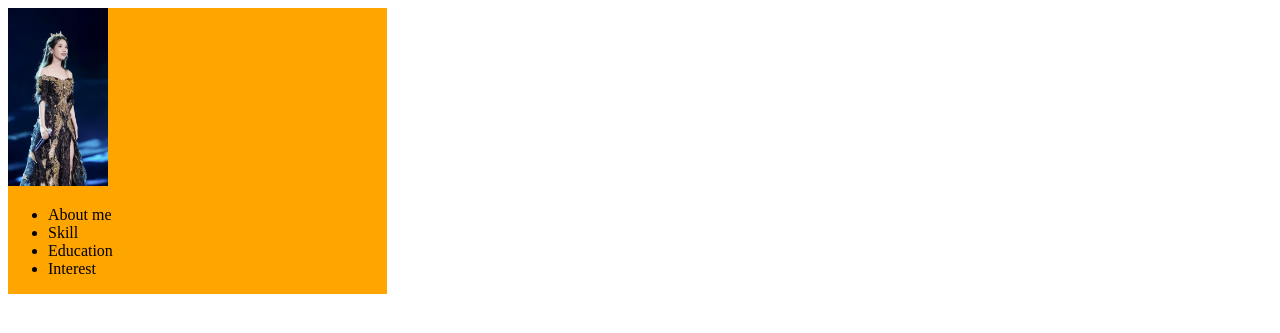
Repository: KinD2704/Web-University
Page: test/index.html
The author's editor kept a copy of each file at every save. The page is drawn from the files as they stood at one save, then again after the next save.
The browser window is 1280 px wide. The pictures show the whole page.

Above is the page before, as saved 2023-12-01 22:19:05.

### test/index.html
<!DOCTYPE html>
<html lang="en">
    <head>
        <meta charset="UTF-8" />
        <meta name="viewport" content="width=device-width, initial-scale=1.0" />
        <title>Document</title>
        <link rel="stylesheet" href="style.css" />
    </head>
    <body>
        <div class="main">
            <div class="menu">
                <div class="logo">
                    <img
                        src="IU.jpg"
                        width="100"
                        alt="Đây là hình ảnh của tôi"
                    />
                </div>
                <div class="list">
                    <ul>
                        <li>About me</li>
                        <li>Skill</li>
                        <li>Education</li>
                        <li>Interest</li>
                    </ul>
                </div>
            </div>
            <div class="para"></div>
        </div>
    </body>
</html>

### test/style.css
.main {
}
.main .menu {
    background-color: orange;
    width: 30%;
    float: left;
}

After the next save:
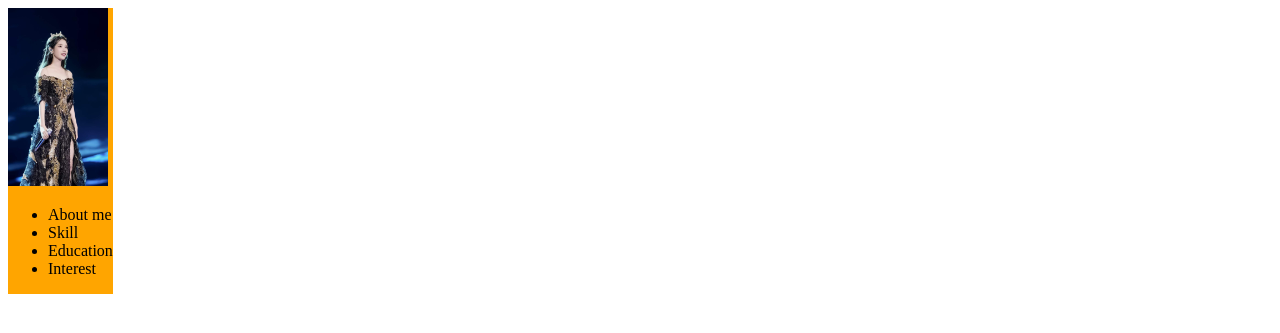
Saved 20 s later.
--- a/test/style.css
+++ b/test/style.css
@@ -1,7 +1,6 @@
 .main {
+    display: flex;
 }
 .main .menu {
     background-color: orange;
-    width: 30%;
-    float: left;
 }

After the save that followed:
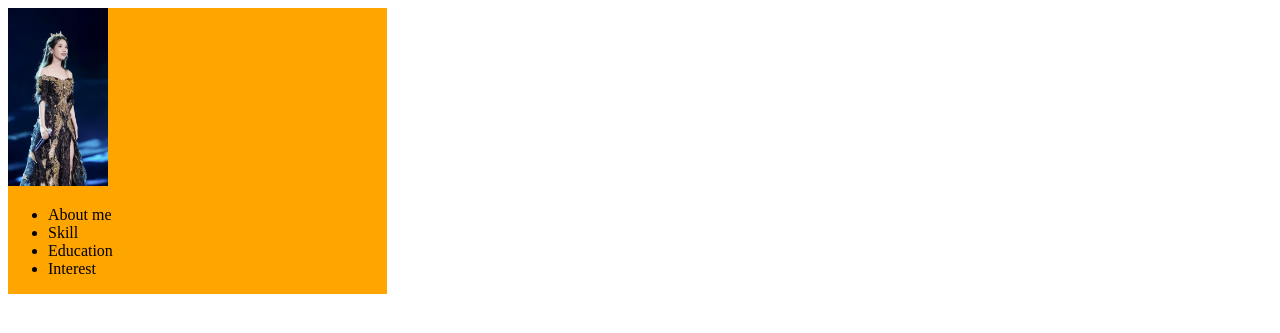
Saved 15 s later.
--- a/test/style.css
+++ b/test/style.css
@@ -3,4 +3,5 @@
 }
 .main .menu {
     background-color: orange;
+    flex-basis: 30%;
 }
